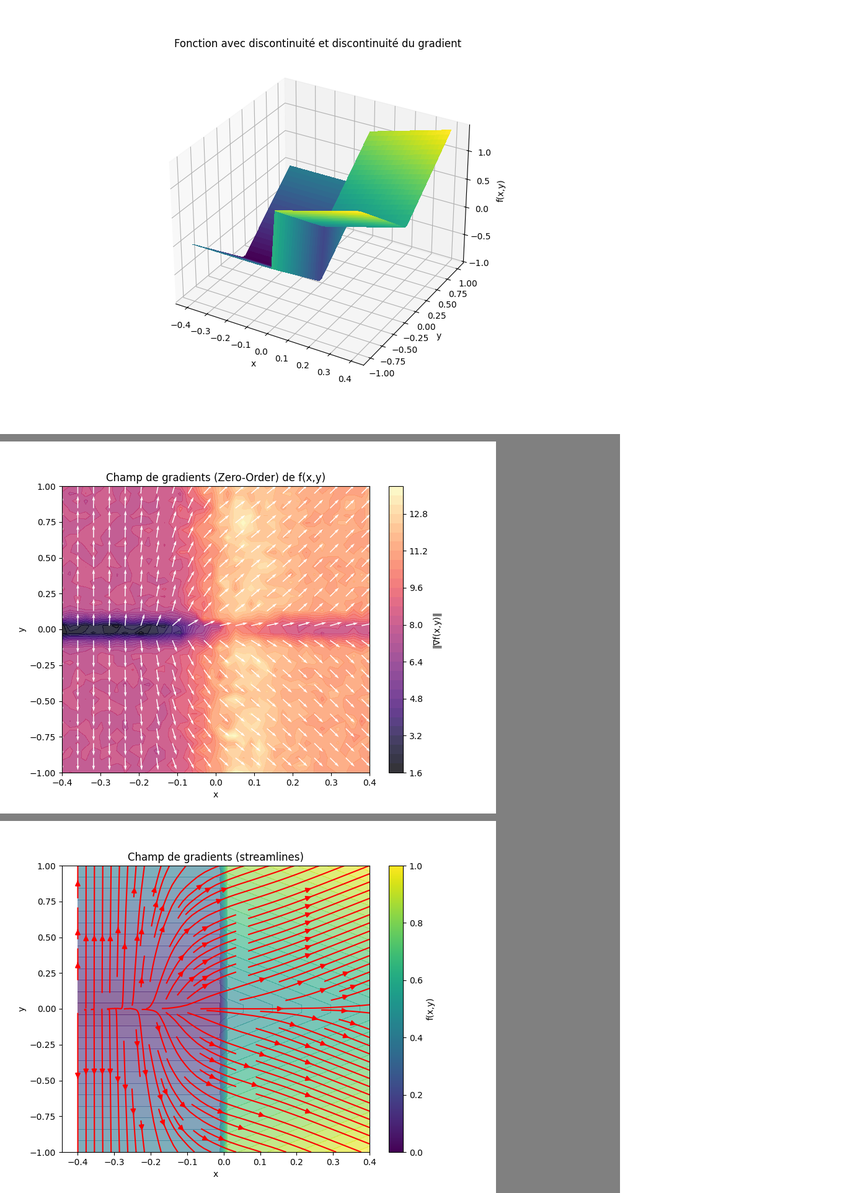
Repository: oomcth/Gradient-smoothing
Script's output: python test2D.py
The author's editor kept a copy of each file at every save. The script's output is drawn from the files as they stood at one save, then again after the next save.
The pictures are shown at 62% of full size.
Each picture stacks the figures in order, with grey between them; figures that are only written to a file come last. Figures wider than 1,400 px are first shrunk to that width. Random numbers start from a fixed seed.

Above is the script's output before, as saved 2025-11-23 23:14:05.

After the next save:
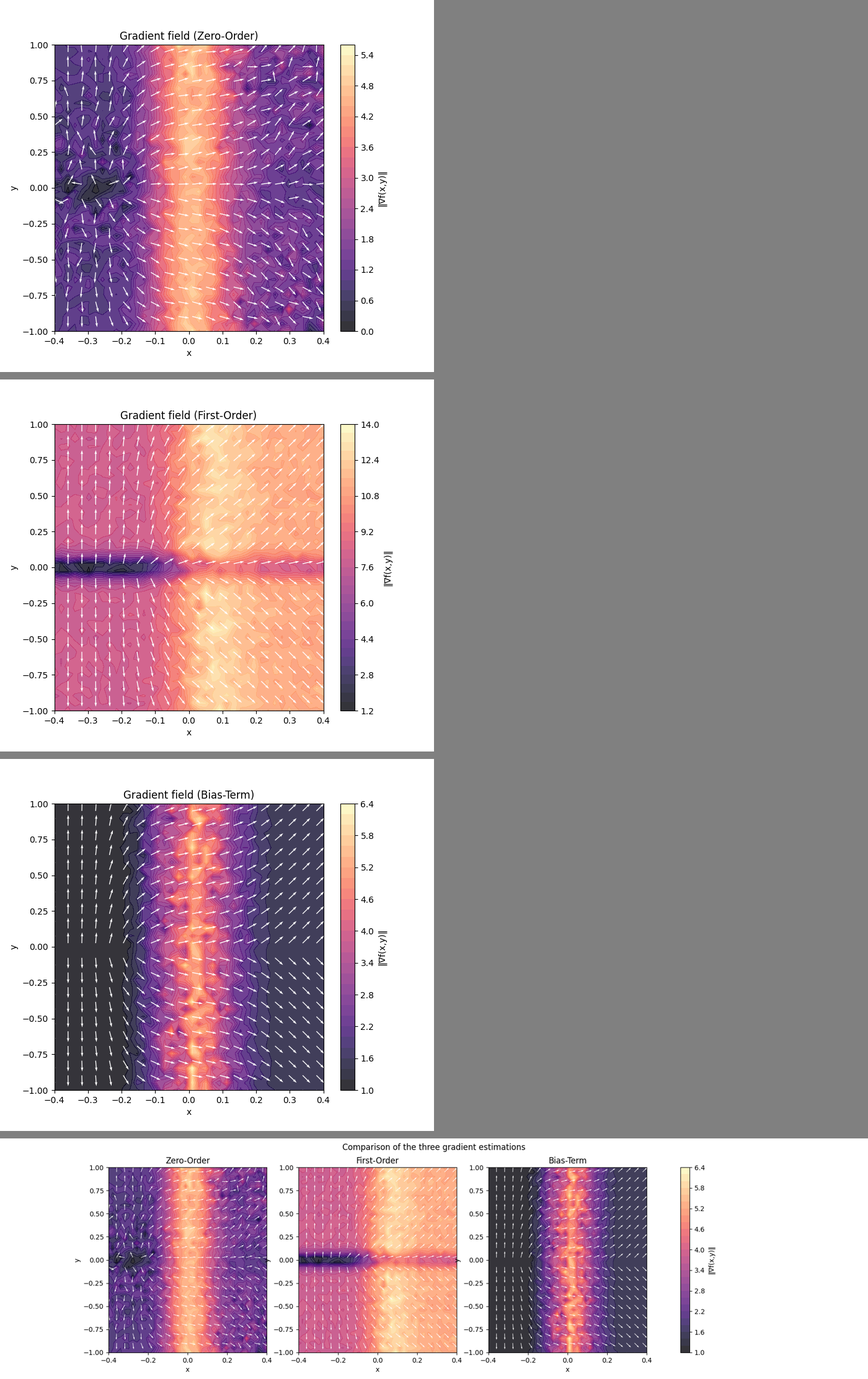
Saved 98 min 42 s later.
--- a/test2D.py
+++ b/test2D.py
@@ -4,8 +4,8 @@ import matplotlib.pyplot as plt
 sigma = 0.1
 M = 500
 Ns = 500
+L = 3
 rng = np.random.default_rng()
-L = 3
 
 
 def f2(x, y):
@@ -66,50 +66,84 @@ xv = np.linspace(Xmin, Xmax, 40)
 yv = np.linspace(-1, 1, 40)
 X, Y = np.meshgrid(xv, yv)
 
-U = np.zeros_like(X)
-V = np.zeros_like(Y)
+U_zo = np.zeros_like(X)
+V_zo = np.zeros_like(Y)
+U_fo = np.zeros_like(X)
+V_fo = np.zeros_like(Y)
+U_bi = np.zeros_like(X)
+V_bi = np.zeros_like(Y)
 
 for i in range(X.shape[0]):
     for j in range(X.shape[1]):
-        grad = fo_gradient_2d(f2, X[i, j], Y[i, j])
-        U[i, j], V[i, j] = grad[0], grad[1]
+        grad_zo = zo_gradient_2d(f2, X[i, j], Y[i, j])
+        grad_fo = fo_gradient_2d(f2, X[i, j], Y[i, j])
+        grad_bi = bi_gradient_2d(f2, X[i, j], Y[i, j])
+        U_zo[i, j], V_zo[i, j] = grad_zo
+        U_fo[i, j], V_fo[i, j] = grad_fo
+        U_bi[i, j], V_bi[i, j] = grad_bi
 
-Z = f2(X, Y)
 
-fig = plt.figure(figsize=(10, 7))
-ax = fig.add_subplot(111, projection="3d")
-ax.plot_surface(X, Y, Z, cmap="viridis", linewidth=0, antialiased=False)
-ax.set_title("Fonction avec discontinuité et discontinuité du gradient")
-ax.set_xlabel("x")
-ax.set_ylabel("y")
-ax.set_zlabel("f(x,y)")
+def plot_vector_field(X, Y, U, V, title):
+    norm = np.sqrt(U**2 + V**2)
+    Udir = U / (norm + 1e-8)
+    Vdir = V / (norm + 1e-8)
+    fig, ax = plt.subplots(figsize=(7, 6))
+    cont = ax.contourf(X, Y, norm, levels=30, cmap="magma", alpha=0.8)
+    step = 2
+    ax.quiver(
+        X[::step, ::step],
+        Y[::step, ::step],
+        Udir[::step, ::step],
+        Vdir[::step, ::step],
+        color="white",
+        scale=25,
+    )
+    ax.set_xlabel("x")
+    ax.set_ylabel("y")
+    ax.set_title(title)
+    plt.colorbar(cont, ax=ax, label="‖∇f(x,y)‖")
+    plt.show()
+
+
+plot_vector_field(X, Y, U_zo, V_zo, "Gradient field (Zero-Order)")
+plot_vector_field(X, Y, U_fo, V_fo, "Gradient field (First-Order)")
+plot_vector_field(X, Y, U_bi, V_bi, "Gradient field (Bias-Term)")
+
+grad_true = grad_f2(np.stack([X.ravel(), Y.ravel()], axis=1)).reshape(X.shape + (2,))
+U_true, V_true = grad_true[..., 0], grad_true[..., 1]
+
+
+def mse(U1, V1, U2, V2):
+    return np.mean((U1 - U2) ** 2 + (V1 - V2) ** 2)
+
+
+print("MSE vs true gradient:")
+print(f"Zero-Order : {mse(U_zo, V_zo, U_true, V_true):.4e}")
+print(f"First-Order: {mse(U_fo, V_fo, U_true, V_true):.4e}")
+print(f"Bias-Term  : {mse(U_bi, V_bi, U_true, V_true):.4e}")
+
+fig, axes = plt.subplots(1, 3, figsize=(18, 5))
+titles = ["Zero-Order", "First-Order", "Bias-Term"]
+fields = [(U_zo, V_zo), (U_fo, V_fo), (U_bi, V_bi)]
+
+for ax, (U_, V_), title in zip(axes, fields, titles):
+    norm = np.sqrt(U_**2 + V_**2)
+    Udir = U_ / (norm + 1e-8)
+    Vdir = V_ / (norm + 1e-8)
+    cont = ax.contourf(X, Y, norm, levels=30, cmap="magma", alpha=0.8)
+    step = 2
+    ax.quiver(
+        X[::step, ::step],
+        Y[::step, ::step],
+        Udir[::step, ::step],
+        Vdir[::step, ::step],
+        color="white",
+        scale=25,
+    )
+    ax.set_title(title)
+    ax.set_xlabel("x")
+    ax.set_ylabel("y")
+
+fig.colorbar(cont, ax=axes.ravel().tolist(), label="‖∇f(x,y)‖")
+plt.suptitle("Comparison of the three gradient estimations")
 plt.show()
-
-fig, ax = plt.subplots(figsize=(8, 6))
-cont = ax.contourf(X, Y, np.sqrt(U**2 + V**2), levels=30, cmap="magma", alpha=0.8)
-step = 2
-norm = np.sqrt(U**2 + V**2)
-Udir = U / (norm + 1e-8)
-Vdir = V / (norm + 1e-8)
-ax.quiver(
-    X[::step, ::step],
-    Y[::step, ::step],
-    Udir[::step, ::step],
-    Vdir[::step, ::step],
-    color="white",
-    scale=25,
-)
-ax.set_xlabel("x")
-ax.set_ylabel("y")
-ax.set_title("Champ de gradients (Zero-Order) de f(x,y)")
-plt.colorbar(cont, ax=ax, label="‖∇f(x,y)‖")
-plt.show()
-
-plt.figure(figsize=(8, 6))
-plt.contourf(X, Y, Z, levels=30, cmap="viridis", alpha=0.6)
-plt.streamplot(X, Y, U, V, color="red", density=1.2, arrowsize=1.2)
-plt.xlabel("x")
-plt.ylabel("y")
-plt.title("Champ de gradients (streamlines)")
-plt.colorbar(label="f(x,y)")
-plt.show()
